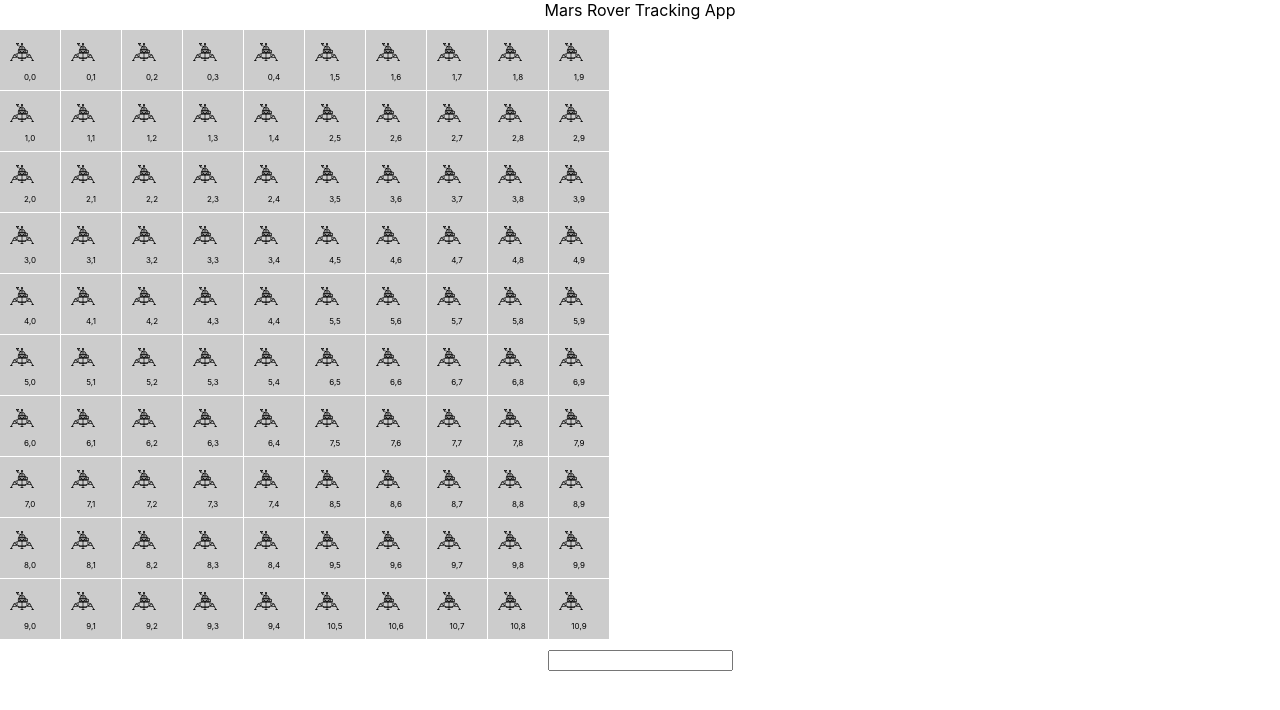
Repository: madhurisandbhor/Rover-Tracking-App
Page: /
These files come from the project's save history. The page is drawn as it stood at one moment and after the next save; the edit follows.
The browser window is 1280 px wide. The pictures show the whole page.
The project was rebuilt for these pictures with package versions that can differ from the ones it lists, and the page was loaded fresh each time.

Above is the page before, as saved 2021-09-06 18:35:11.

### src/App.js
import './App.css';
import Grid from './Grid'

function App() {
  return (
    <div className="App">
      <div>Mars Rover Tracking App</div>
      <Grid />
    </div>
  );
}

export default App;

### src/Grid.jsx
import React, { useState, useEffect } from 'react'
import { maxY, maxX } from './constants'
import testGrid from './testGrid'
import roverIcon from './svg/rover-icon.svg'

const wrapper = {
  width: '100%',
  margin: '10px auto',
  display: 'grid',
  gridTemplateColumns: `repeat(${maxY + 1}, 60px)`,
  gridTemplateRows: `repeat(${maxX + 1}, 60px)`,
  gridGap: '1px',
}

const itemStyle = {
  padding: '10px',
  backgroundColor: '#ccc',
}

const itemSpan = {
  fontSize: '8px',
}

const roverImg = {
  width: '24px',
  height: '24px',
  alignText: 'center',
}

const Grid = () => {
  const gridLength = (maxX + 1) * (maxY + 1)
  const arr = Array(gridLength).fill()
  const [input, setInput] = useState('')

  useEffect(() => {
    console.log(testGrid(input))
  }, [input])

  return (
    <div>
      <div style={wrapper}>
        {arr.map((item, index) => (
          <div key={index} style={itemStyle}>
            <div style={roverImg}>
              <img style={{ width: '100%' }} src={roverIcon} alt="rover" />
            </div>
            <span style={itemSpan}>
              {Math.round(index / 10)},{index % 10}
            </span>
          </div>
        ))}
      </div>
      <input
        name="inputString"
        value={input}
        onChange={(event) => setInput(event.target.value)}
      />
    </div>
  )
}

export default Grid

### src/constants.js
export const x = 0, y = 0, maxX = 9, maxY = 9;
export const d = 'N';
export const directionsToRight = ['N', 'E', 'S', 'W']
export const directionsToLeft = ['N', 'W', 'S', 'E']

### src/testGrid.js
import {
  x,
  y,
  d,
  directionsToRight,
  directionsToLeft,
  maxX,
  maxY,
} from './constants'

const testGrid = (testString) => {
  const roverPosition = [x, y, d]
  const testArr = testString.split('')

  for (let i = 0; i < testArr.length; i++) {
    if (testArr[i] === 'r') {
      let currDirIndex = directionsToRight.findIndex(
        (item) => item === roverPosition[2]
      )
      if (currDirIndex > -1 && currDirIndex < 3)
        roverPosition[2] = directionsToRight[currDirIndex + 1]
      else roverPosition[2] = directionsToRight[0]
    } else if (testArr[i] === 'l') {
      let currDirIndex = directionsToLeft.findIndex(
        (item) => item === roverPosition[2]
      )
      if (currDirIndex > -1 && currDirIndex < 3)
        roverPosition[2] = directionsToLeft[currDirIndex + 1]
      else roverPosition[2] = directionsToLeft[0]
    } else if (testArr[i] === 'f') {
      if (roverPosition[2] === 'E') {
        if (roverPosition[1] < maxY) roverPosition[1]++
        else roverPosition[1] = 0
      } else if (roverPosition[2] === 'S') {
        if (roverPosition[0] < maxX) roverPosition[0]++
        else roverPosition[0] = 0
      } else if (roverPosition[2] === 'N') {
        if (roverPosition[0] <= 0) roverPosition[0] = maxX
        else roverPosition[0]--
      } else if (roverPosition[2] === 'W') {
        if (roverPosition[1] <= 0) roverPosition[1] = maxY
        else roverPosition[1]--
      }
    }
  }

  return roverPosition
}

export default testGrid

Loaded but not shown: public/index.html (common file); src/index.js (common file); src/index.css (common file); src/App.css (common file)

After the next save:
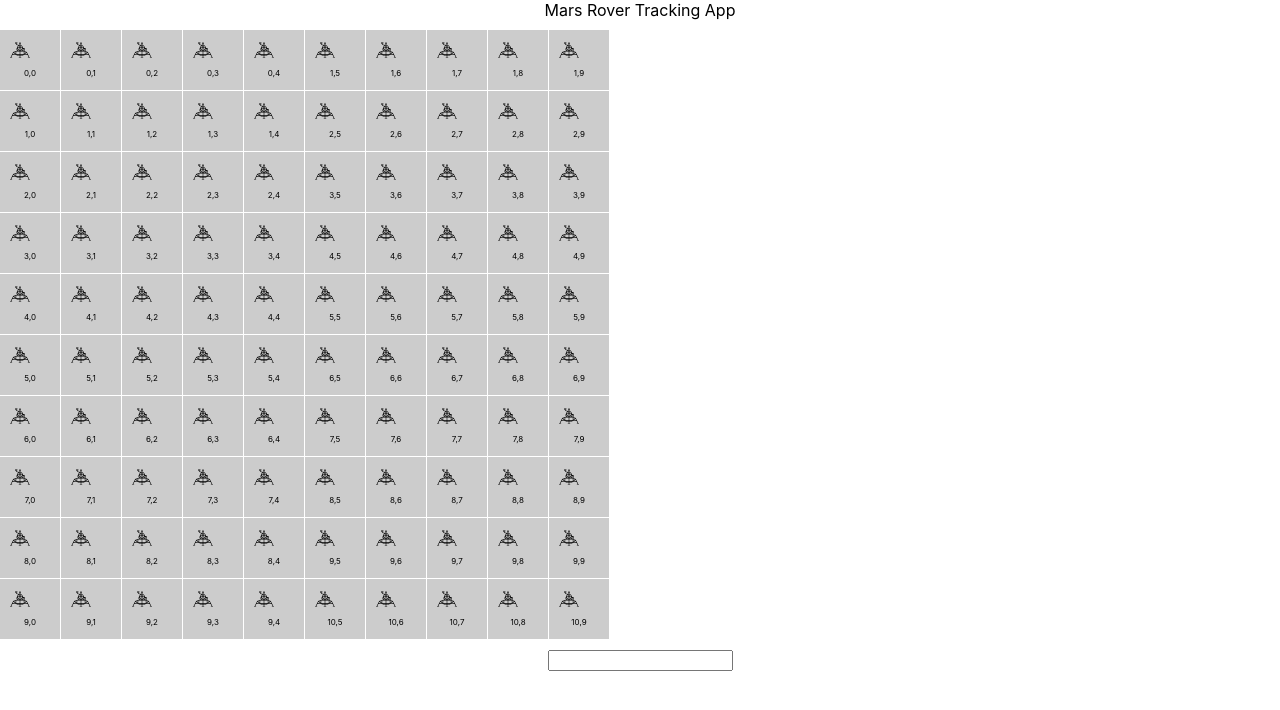
Saved 9 s later.
--- a/src/Grid.jsx
+++ b/src/Grid.jsx
@@ -22,8 +22,8 @@ const itemSpan = {
 }
 
 const roverImg = {
-  width: '24px',
-  height: '24px',
+  width: '20px',
+  height: '20px',
   alignText: 'center',
 }
 
